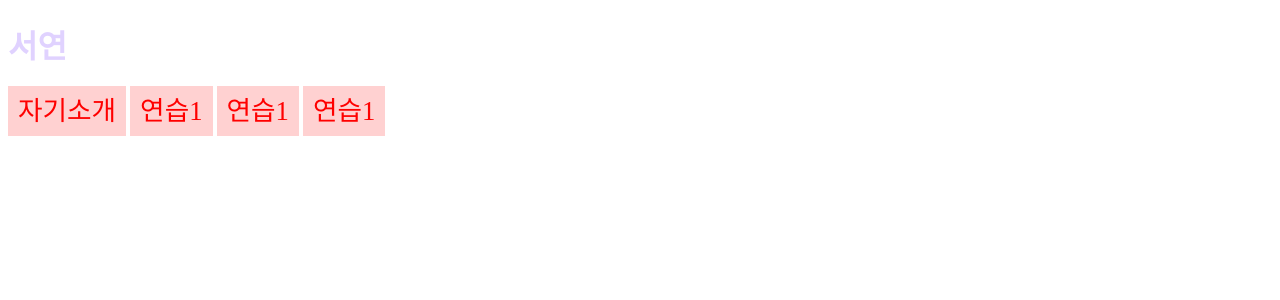
Repository: seoyeon0619/WebProgramming
Page: http://localhost/myhome1/index.jsp
These files come from the project's save history. The page is drawn as it stood at one moment and after the next save; the edit follows.
The browser window is 1280 px wide. The pictures show the whole page.
The page is served by Tomcat 9.

Above is the page before, as saved 2022-12-29 06:29:01.

### workspace1/myhome1/src/main/webapp/index.jsp
<%@ page language="java" contentType="text/html; charset=UTF-8"
    pageEncoding="UTF-8"%>
<!DOCTYPE html>
<html>
<head>
<meta charset="UTF-8">
<title>Insert title here</title>
<style>
		h1{
           color: #e0d2ff;
        }
        a{
            width: 200px;
            height: 120px;
            padding: 10px 10px;
            background-color: hsl(0, 100%, 91%);
            font-size: 20pt;
        }

        a:link {
            color: red;
            text-decoration: none;
        }
        a:hover {
             background-color: rgb(88, 88, 88);
             color: aliceblue;
        }

        a:active {
            background-color: hsl(331, 100%, 69%);
        }
    </style>
</head>
<body>
<%
	// 자바 코드를 둘 수 있음
	String hello = "서연";

%>
<h1><%=hello%></h1>
<a href="<%=request.getContextPath()%>/자기소개.jsp">자기소개</a>
<a href="<%=request.getContextPath()%>/연습1.jsp">연습1</a>
<a href="<%=request.getContextPath()%>/연습1.jsp">연습1</a>
<a href="<%=request.getContextPath()%>/연습1.jsp">연습1</a>
</body>
</html>

After the next save:
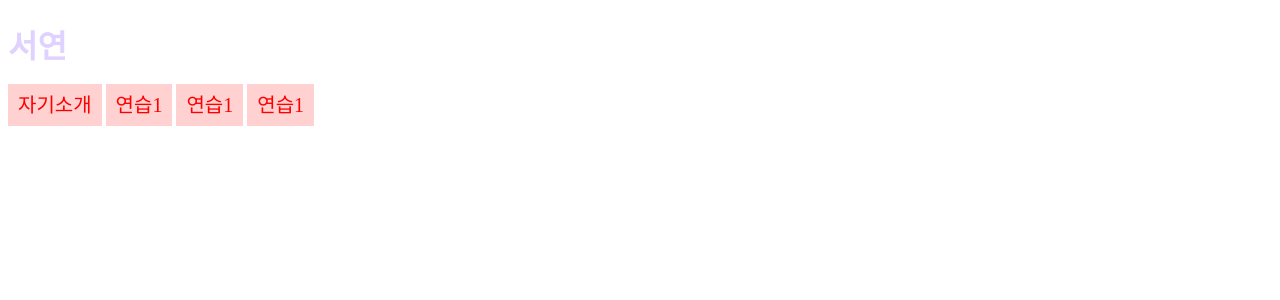
Saved 9 s later.
--- a/workspace1/myhome1/src/main/webapp/index.jsp
+++ b/workspace1/myhome1/src/main/webapp/index.jsp
@@ -14,7 +14,7 @@
             height: 120px;
             padding: 10px 10px;
             background-color: hsl(0, 100%, 91%);
-            font-size: 20pt;
+            font-size: 15pt;
         }
 
         a:link {
